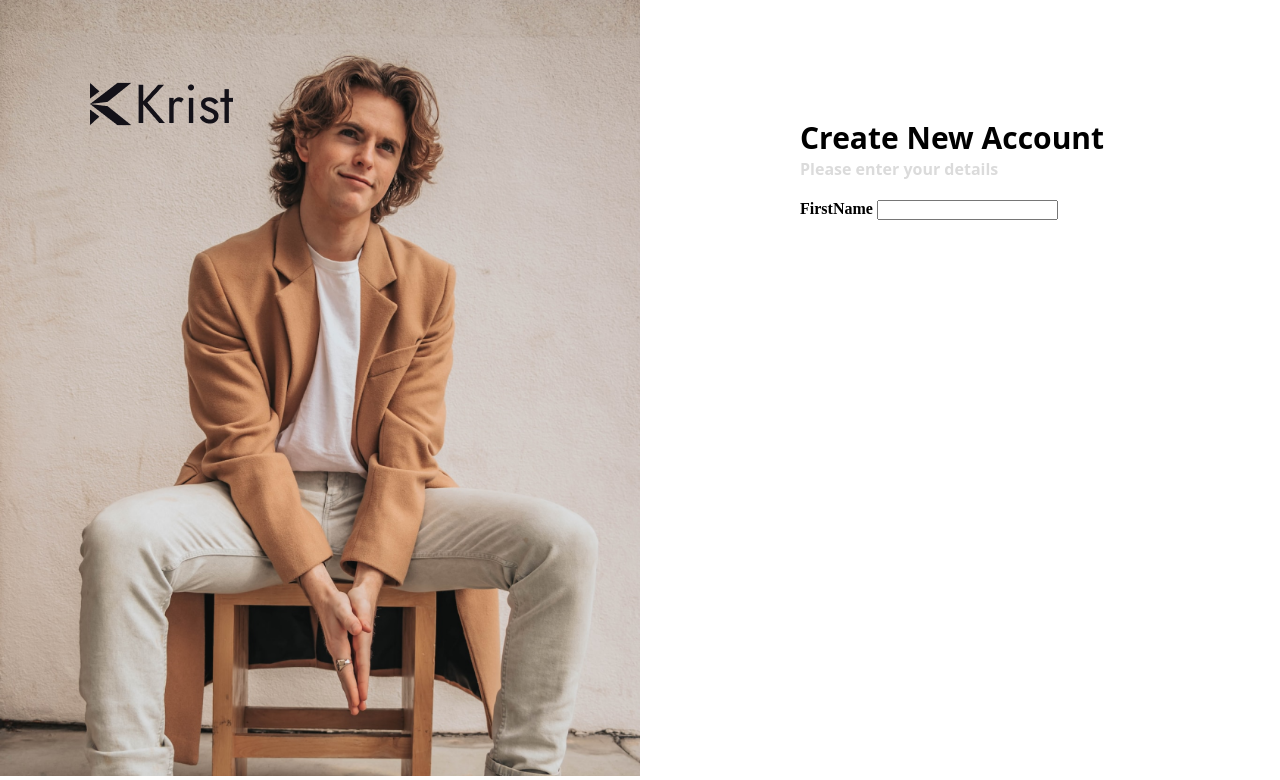
Repository: isaacCodes1/Krist-Website
Page: new-account.html
These files come from the project's save history. The page is drawn as it stood at one moment and after a run of saves; the edit follows.
The browser window is 1280 px wide. The pictures show the whole page.

Above is the page before, as saved 2024-04-10 13:57:10.

### new-account.html
<!DOCTYPE html>
<html lang="en">
  <head>
    <meta charset="UTF-8" />
    <meta name="viewport" content="width=device-width, initial-scale=1.0" />
    <title>New Account</title>
    <link rel="stylesheet" href="style.css">
  </head>
  <body>
    <div class="image">
        <img src="/Assets/Rectangle 3463272 (1).png" alt="" />
      </div>
      <div class="logo">
        <a href="Home-page.html"><img src="/Assets/Group 56.png" alt="" /></a>
      </div>

      <form class="new" action="">
        <h1 class="create">Create New Account</h1>
        <p>Please enter your details</p>
        <label for="">FirstName</label>
        <input type="text">
      </form>
  </body>
</html>

### style.css
* {
  margin: 0;
  padding: 0;
  box-sizing: border-box;
  font-family: "Times New Roman", Times, serif;
  font-weight: 600;
}
.navBar {
  display: flex;
  align-items: center;
  margin-bottom: 40px;
  position: relative;
}
.navBar img {
  margin-left: 90px;
  padding-top: 20px;
  padding-right: 190px;
}
.logoItems ul {
  display: flex;
  list-style: none;
  padding-top: 20px;
  gap: 70px;
}
.logoItems ul li {
  font-size: 15px;
}
.logoItems ul li:hover {
  transform: scale(1.05);
  font-weight: 700;
}
.shop {
  position: relative;
}
.bx-down-arrow {
  position: absolute;
  left: 9000px;
}
.contact {
  position: relative;
}
.bx-search {
  position: absolute;
  right: 300px;
  top: 37px;
  font-size: 20px;
}
.bx-heart {
  position: absolute;
  right: 270px;
  top: 35px;
  font-size: 20px;
}
.bx-shopping-bag {
  position: absolute;
  right: 240px;
  top: 35px;
  font-size: 20px;
}
.bx-down-arrow {
  position: absolute;
  left: 570px;
  top: 40px;
}
.bx-right-arrow-alt {
  font-size: 15px;
}
.landingPage {
  display: flex;
  flex-direction: column;
  background: rgb(242, 243, 241);
  border-radius: 5 px;
  height: 620px;
  margin-bottom: 50px;
  margin-left: 50px;
  margin-right: 50px;
  position: relative;
}

.landingPageText {
  margin-top: 200px;
  margin-left: 150px;
  position: relative;
}
.landingPageText h1 {
  font-size: 42px;
  font-weight: 900;
}
.landingPage h2 {
  font-size: 85px;
  position: absolute;
  top: 500px;
  left: 30px;
  color: #e4e2e2;
}
.classic {
  font-size: 30px;
  font-weight: 500;
  margin-bottom: 10px;
}
.landingPageText p {
  font-size: 30px;
  font-weight: 400;
  margin-bottom: 20px;
}
button {
  padding: 12px 28px;
  background: #000;
  border: 1px;
  border-radius: 7px;
  transition: all 0.42s ease;
}
button a {
  text-decoration: none;
  font-size: 13px;
  color: #fff;
}
button:hover {
  color: #000;
  background: grey;
}
.landingPage img {
  width: 600px;
  position: absolute;
  top: 120px;
  right: 200px;
  background: transparent;
  height: 80%;
}
.login {
  padding: 12px 28px;
  background: #000;
  border: 1px;
  border-radius: 7px;
  margin-left: 800px;
  position: absolute;
  top: 25px;
}
.login a {
  text-decoration: none;
  font-size: 13px;
  color: #fff;
}
.cards {
  margin-bottom: 70px;
}
.cardstext {
  font-size: 30px;
  margin-left: 90px;
  padding-top: 60px;
  padding-bottom: 30px;
}
.cardsImg {
  display: flex;
  margin-left: 74px;
}
.cardsImg img {
  width: 300px;
  margin-left: 20px;
}
.as1 {
  position: relative;
}
.as2 {
  position: relative;
}
.as3 {
  position: relative;
}
.as4 {
  position: relative;
}
.a1 {
  font-size: 45px;
  color: #fff;
  position: absolute;
  top: 1000px;
  left: 150px;
}
.a2 {
  position: absolute;
  top: 1000px;
  font-size: 45px;
  color: #fff;
  left: 450px;
}
.a3 {
  position: absolute;
  top: 1000px;
  color: #fff;
  font-size: 45px;
  left: 800px;
}
.a4 {
  position: absolute;
  top: 1000px;
  color: #fff;
  font-size: 45px;
  left: 1100px;
}
.but1 {
  background: #fff;
  position: absolute;
  left: 140px;
  font-size: 20px;
  top: 1240px;
  padding: 10px 50px;
  transition: 1s ease-in-out;
}
.but1:hover {
  background: #000;
  color: #fff;
}
.but2 {
  background: #fff;
  position: absolute;
  left: 450px;
  font-size: 20px;
  top: 1240px;
  padding: 10px 50px;
  transition: 1s ease-in-out;
}
.but2:hover {
  background: #000;
  color: #fff;
}
.but3 {
  background: #fff;
  position: absolute;
  left: 780px;
  font-size: 20px;
  top: 1240px;
  padding: 10px 50px;
  transition: 1s ease-in-out;
}
.but3:hover {
  background: #000;
  color: #fff;
}
.but4 {
  background: #fff;
  position: absolute;
  left: 1100px;
  font-size: 20px;
  top: 1245px;
  padding: 8px 50px;
  transition: 1s ease-in-out;
}
.but4:hover {
  background: #000;
  color: #fff;
}
.clothes {
  margin-bottom: 170px;
}
.clothesText {
  text-align: center;
  font-size: 30px;
  margin-bottom: 30px;
}
.clothesImg {
  margin-left: 74px;
}
.clothesImg img {
  width: 300px;
  margin-left: 20px;
}
.sneakers {
  position: relative;
}
.sneakersText {
  position: absolute;
  left: 92px;
  font-size: 15px;
}
.road {
  font-weight: 700;
  font-size: 16px;
}
.cancel {
  left: 50px;
  position: absolute;
  bottom: 0px;
}
.bx-x {
  position: absolute;
  bottom: 0px;
  left: 45px;
  font-weight: 900;
  color: red;
}
.sneakers1 {
  position: relative;
}
.sneakersText1 {
  position: absolute;
  left: 420px;
  font-size: 15px;
}
.road1 {
  font-weight: 700;
  font-size: 16px;
}
.cancel1 {
  left: 50px;
  position: absolute;
  bottom: 0px;
}
.sneakers2 {
  position: relative;
}
.sneakersText2 {
  position: absolute;
  left: 740px;
  font-size: 15px;
}
.road2 {
  font-weight: 700;
  font-size: 16px;
}
.cancel2 {
  position: absolute;
  left: 50px;
  bottom: 0px;
}
.sneakers3 {
  position: relative;
}
.sneakersText3 {
  position: absolute;
  left: 1070px;
  font-size: 15px;
  margin-bottom: 50px;
}
.road3 {
  font-weight: 700;
  font-size: 16px;
}
.cancel3 {
  position: absolute;
  left: 50px;
  bottom: 0px;
}
.sneak {
  margin-bottom: 150px;
}
.deal {
  display: flex;
}
.deals {
  font-size: 30px;
  margin-bottom: 20px;
}
.dealsText {
  margin-left: 94px;
  position: relative;
}
.dealsImg {
  margin-left: 170px;
}
.timer1 {
  border: 1px solid #dbdbdb;
  color: #000;
  background: #fff;
  padding: 7px 9px;
  margin-left: 15px;
}
.timer1:hover {
  background: #fff;
}
.timer1h {
  font-size: 18px;
  font-weight: 700;
}
.pp {
  margin-bottom: 20px;
}
.butto {
  position: absolute;
  top: 231px;
  left: 16px;
}
.forms {
  position: relative;
}
.logo {
  display: flex;
  align-items: center;
  margin-bottom: 40px;
  position: absolute;
  bottom: 550px;
}
.logo img {
  margin-left: 90px;
  margin-top: 100px;
  padding-right: 190px;
}
.image {
  position: relative;
}
.image img {
  background-size: contain;
  width: 50%;
  height: 20%;
}
form {
  position: absolute;
  left: 800px;
  bottom: 300px;
}
form h1 {
  font-size: 40px;
  font-family: system-ui, -apple-system, BlinkMacSystemFont, "Segoe UI", Roboto,
    Oxygen, Ubuntu, Cantarell, "Open Sans", "Helvetica Neue", sans-serif;
  font-weight: bolder;
}
form p {
  color: #dbdbdb;
  font-family: system-ui, -apple-system, BlinkMacSystemFont, "Segoe UI", Roboto,
    Oxygen, Ubuntu, Cantarell, "Open Sans", "Helvetica Neue", sans-serif;
  margin-bottom: 20px;
}
.email {
  position: absolute;
  top: 95px;
}
.inpute {
  position: relative;
  padding-right: 170px;
  padding-left: 10px;
  padding-top: 7px;
  padding-bottom: 7px;
  border-radius: 5px;
  outline: none;
  border: 1px solid #000;
  margin-top: 30px;
}
.inputp {
  position: relative;
  padding-right: 170px;
  padding-left: 10px;
  padding-top: 7px;
  padding-bottom: 7px;
  border-radius: 5px;
  outline: none;
  border: 1px solid #000;
  margin-top: 30px;
  margin-bottom: 20px;
}
.inpute::placeholder {
  font-size: 12px;
}
#place::placeholder {
  font-size: 20px;
  color: #000;
}
.password {
  position: absolute;
  top: 155px;
}
.check {
  position: absolute;
  top: 220px;
  left: 2px;
}
.label1 {
  margin-left: 20px;
  position: absolute;
  top: 220px;
}
.forgot {
  color: #000;
  position: absolute;
  left: 210px;
  font-size: 10px;
  top: 220px;
}
.log {
  position: absolute;
  color: #000;
  background: #fff;
  border: 1px solid black;
  font-family: system-ui, -apple-system, BlinkMacSystemFont, "Segoe UI", Roboto,
    Oxygen, Ubuntu, Cantarell, "Open Sans", "Helvetica Neue", sans-serif;
    left: 800px;
    bottom: 250px;
    padding: 10px 140px;
    border-radius: 7px;
    transition: 1s ease-in-out  ;
}
.log:hover{
  background: #000;
  color: #fff;
}
.lo{
  position: absolute;
  color: #000;
  background: #fff;
  border: 1px solid black;
  font-family: system-ui, -apple-system, BlinkMacSystemFont, "Segoe UI", Roboto,
    Oxygen, Ubuntu, Cantarell, "Open Sans", "Helvetica Neue", sans-serif;
    left: 800px;
    bottom: 180px;
    padding: 10px 110px;
    border-radius: 7px;
    transition: 1s ease-in-out  ;
}
.or{
  position: absolute;
  left: 800px;
  bottom: 220px;
}
.lo:hover{
  background: #000;
  color: #fff;
}
.create{
  font-size: 30px;
  font-family: system-ui, -apple-system, BlinkMacSystemFont, "Segoe UI", Roboto,
    Oxygen, Ubuntu, Cantarell, "Open Sans", "Helvetica Neue", sans-serif;
  font-weight: bolder;
}
.new{
  position: absolute;
  left: 800px;
  bottom: 500px;
}

After the next 2 saves:
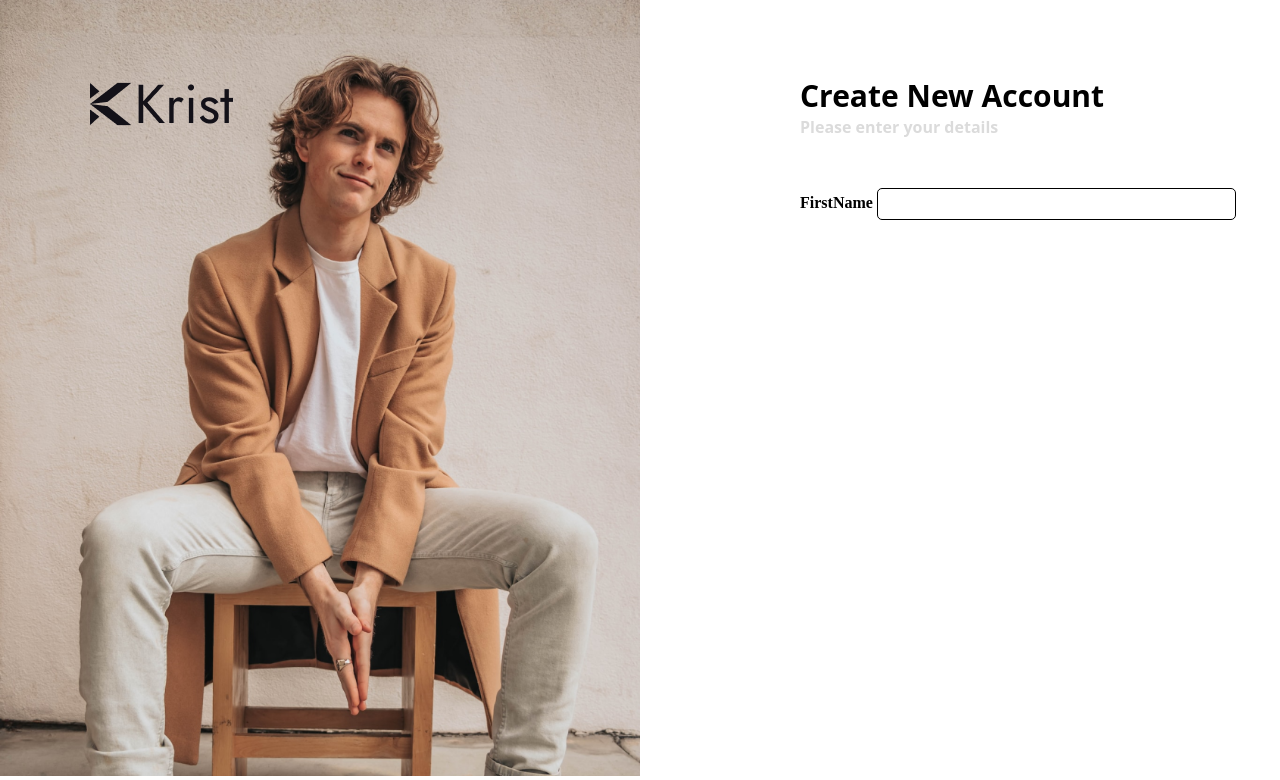
The 2 saves are shown as one change because they came seconds apart.
The last was saved 21 s later.
--- a/new-account.html
+++ b/new-account.html
@@ -18,7 +18,7 @@
         <h1 class="create">Create New Account</h1>
         <p>Please enter your details</p>
         <label for="">FirstName</label>
-        <input type="text">
+        <input class="inpute" type="text">
       </form>
   </body>
 </html>
